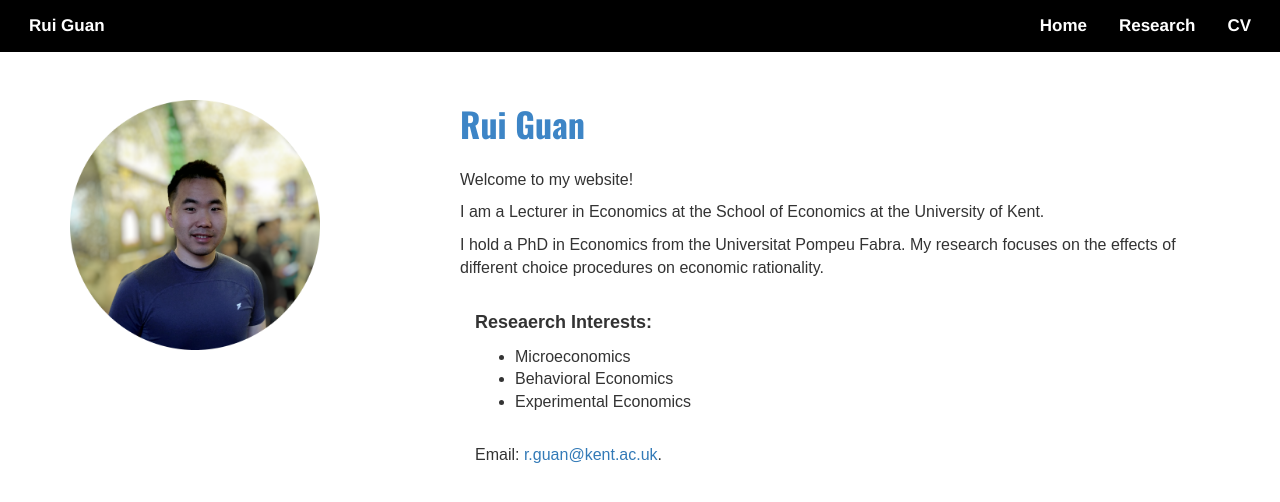
Repository: rui-guan/rui-guan.github.io
Page: index.html
The author's editor kept a copy of each file at every save. The page is drawn from the files as they stood at one save, then again after the next save.
The browser window is 1280 px wide. The pictures show the whole page.

Above is the page before, as saved 2024-04-28 15:22:38.

After the next save:
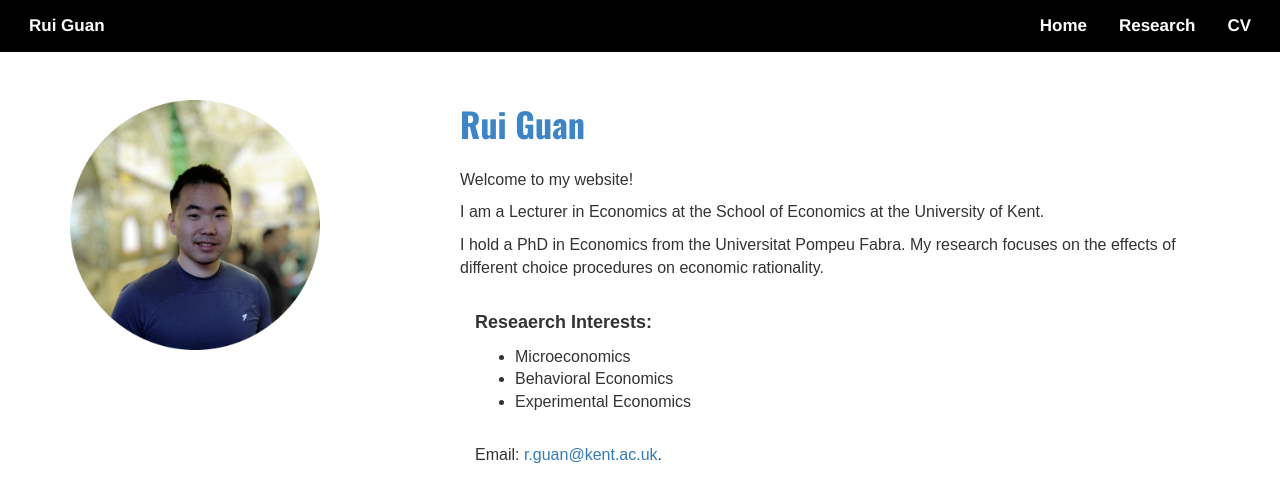
Saved 5 min 2 s later.
--- a/index.html
+++ b/index.html
@@ -95,7 +95,7 @@
             <!-- Entries Column -->
             <div class="col-md-4" style="height">
               <!-- Main Image -->
-              <img class="img-responsive" width="250" src="./asset/1.png" alt=""><br>
+              <img class="img-responsive" width="250" src="./asset/profile.png" alt=""><br>
               <!--                <div style="margin-top:3%; text-align:justify;">
               </div> -->
           </div>
